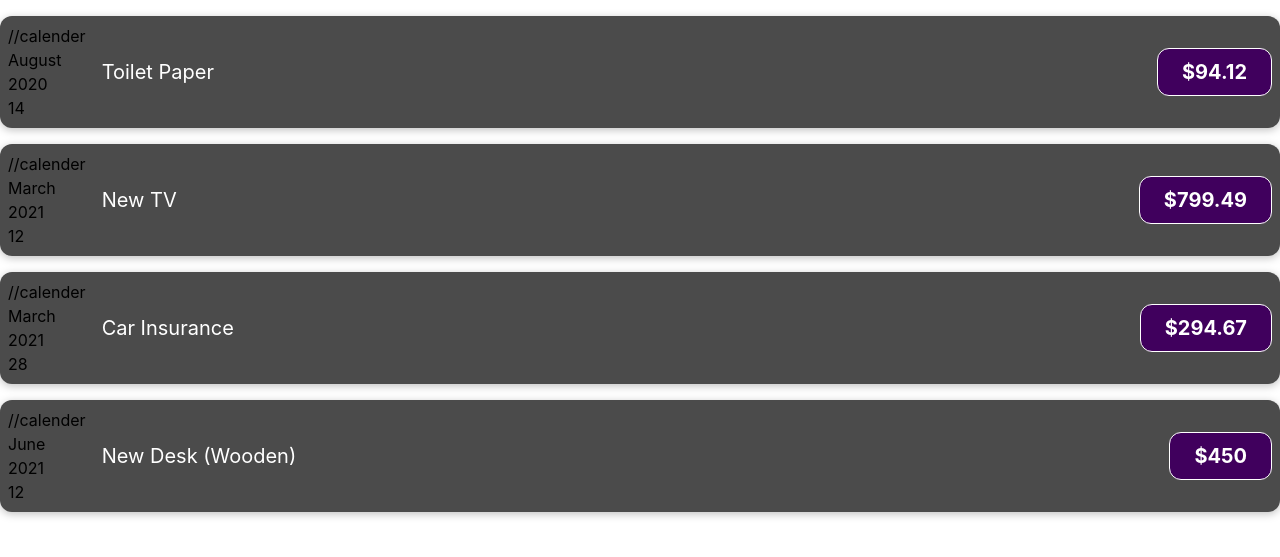
Repository: Sef24/expense-tracker
Page: /
The author's editor kept a copy of each file at every save. The page is drawn from the files as they stood at one save, then again after the next save.
The browser window is 1280 px wide. The pictures show the whole page.
The project was rebuilt for these pictures with package versions that can differ from the ones it lists, and the page was loaded fresh each time.

Above is the page before, as saved 2022-04-21 21:58:42.

### public/index.html
<!DOCTYPE html>
<html lang="en">
  <head>
    <meta charset="utf-8" />
    <link rel="icon" href="%PUBLIC_URL%/favicon.ico" />
    <meta name="viewport" content="width=device-width, initial-scale=1" />

    <meta
      name="description"
      content="Web site created using create-react-app"
    />
    <link rel="apple-touch-icon" href="%PUBLIC_URL%/logo192.png" />
    <!--
      manifest.json provides metadata used when your web app is installed on a
      user's mobile device or desktop. See https://developers.google.com/web/fundamentals/web-app-manifest/
    -->
    <link rel="manifest" href="%PUBLIC_URL%/manifest.json" />
    <!--
      Notice the use of %PUBLIC_URL% in the tags above.
      It will be replaced with the URL of the `public` folder during the build.
      Only files inside the `public` folder can be referenced from the HTML.

      Unlike "/favicon.ico" or "favicon.ico", "%PUBLIC_URL%/favicon.ico" will
      work correctly both with client-side routing and a non-root public URL.
      Learn how to configure a non-root public URL by running `npm run build`.
    -->
    <title>React App</title>
  </head>
  <body>
    <noscript>You need to enable JavaScript to run this app.</noscript>
    <div id="root"></div>
    <!--
      This HTML file is a template.
      If you open it directly in the browser, you will see an empty page.

      You can add webfonts, meta tags, or analytics to this file.
      The build step will place the bundled scripts into the <body> tag.

      To begin the development, run `npm start` or `yarn start`.
      To create a production bundle, use `npm run build` or `yarn build`.
    -->
  </body>
</html>

### src/App.js
import ExpenseItem from "./components/ExpenseItem";

function App() {
  const expenses = [
    {
      id: "e1",
      title: "Toilet Paper",
      amount: 94.12,
      date: new Date(2020, 7, 14),
    },
    { id: "e2", title: "New TV", amount: 799.49, date: new Date(2021, 2, 12) },
    {
      id: "e3",
      title: "Car Insurance",
      amount: 294.67,
      date: new Date(2021, 2, 28),
    },
    {
      id: "e4",
      title: "New Desk (Wooden)",
      amount: 450,
      date: new Date(2021, 5, 12),
    },
  ];
  return (
    <div>
      <h2></h2>
      <ExpenseItem
        title={expenses[0].title}
        amount={expenses[0].amount}
        date={expenses[0].date}
      />

      <ExpenseItem
        title={expenses[1].title}
        amount={expenses[1].amount}
        date={expenses[1].date}
      />
      <ExpenseItem
        title={expenses[2].title}
        amount={expenses[2].amount}
        date={expenses[2].date}
      />
      <ExpenseItem
        title={expenses[3].title}
        amount={expenses[3].amount}
        date={expenses[3].date}
      />
    </div>
  );
}

export default App;

### src/components/ExpenseItem.js
import React from "react";
import "./ExpenseItem.css";

function ExpenseItem(props) {
  const month = props.date.toLocaleString("en-US", { month: "long" });
  const day = props.date.getDate();
  const year = props.date.getFullYear();

  return (
    <div className="expense-item ">
      <div>
        {" "}
        //calender
        <div>{month}</div>
        <div>{year}</div>
        <div>{day}</div>
      </div>

      <div className="expense-item__description">
        <h2>{props.title}</h2>

        <div className="expense-item__price">${props.amount}</div>
      </div>
    </div>
  );
}

export default ExpenseItem;

### src/components/ExpenseItem.css
.expense-item {
  display: flex;
  justify-content: space-between;
  align-items: center;
  box-shadow: 0 2px 8px rgba(0, 0, 0, 0.25);
  padding: 0.5rem;
  margin: 1rem 0;
  border-radius: 12px;
  background-color: #4b4b4b;
}

.expense-item__description {
  display: flex;
  flex-direction: column;
  gap: 1rem;
  align-items: flex-end;
  flex-flow: column-reverse;
  justify-content: flex-start;
  flex: 1;
}

.expense-item h2 {
  color: #3a3a3a;
  font-size: 1rem;
  flex: 1;
  margin: 0 1rem;
  color: white;
}

.expense-item__price {
  font-size: 1rem;
  font-weight: bold;
  color: white;
  background-color: #40005d;
  border: 1px solid white;
  padding: 0.5rem;
  border-radius: 12px;
}

@media (min-width: 580px) {
  .expense-item__description {
    flex-direction: row;
    align-items: center;
    justify-content: flex-start;
    flex: 1;
  }

  .expense-item__description h2 {
    font-size: 1.25rem;
  }

  .expense-item__price {
    font-size: 1.25rem;
    padding: 0.5rem 1.5rem;
  }
}

Loaded but not shown: src/index.js (common file); src/index.css (common file); tailwind.config.js (common file)

After the next save:
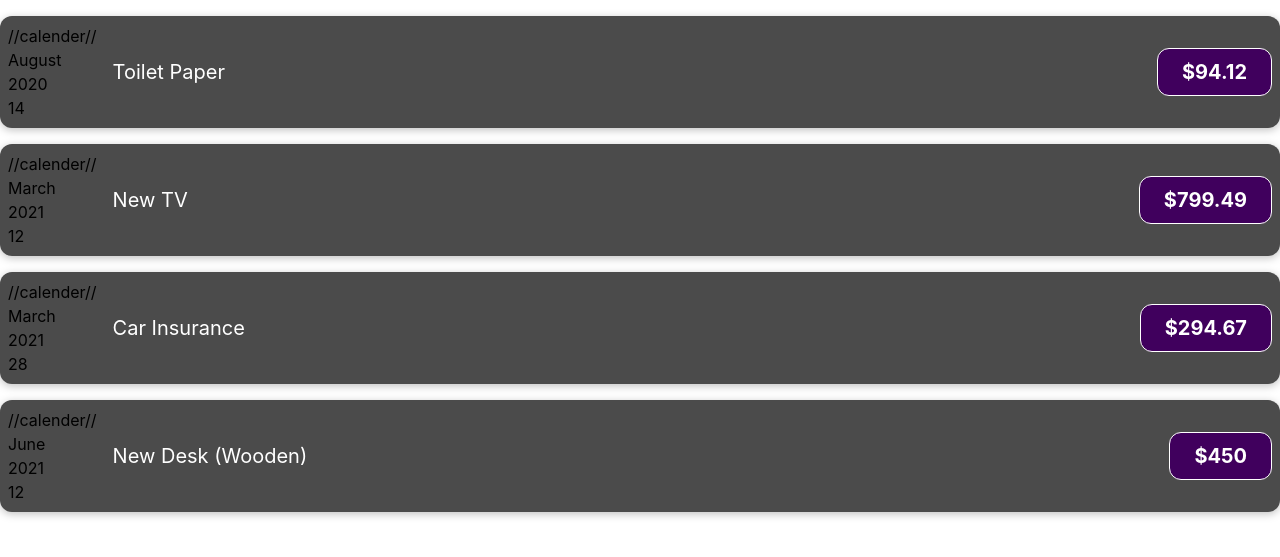
Saved 10 s later.
--- a/src/components/ExpenseItem.js
+++ b/src/components/ExpenseItem.js
@@ -10,7 +10,7 @@ function ExpenseItem(props) {
     <div className="expense-item ">
       <div>
         {" "}
-        //calender
+        //calender//
         <div>{month}</div>
         <div>{year}</div>
         <div>{day}</div>
